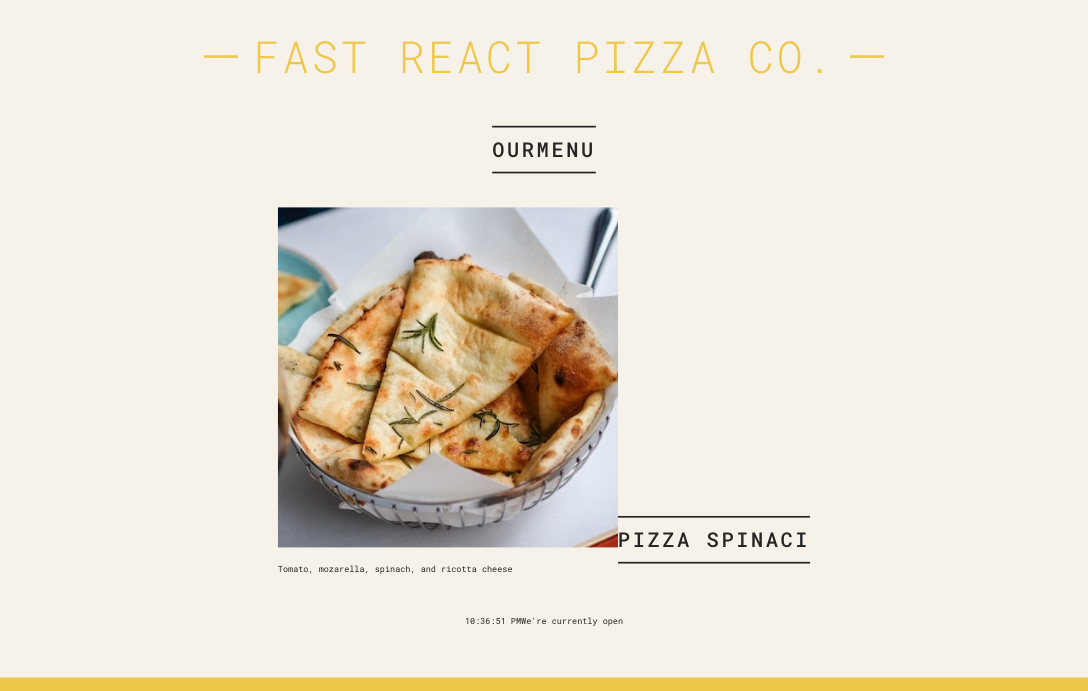
Repository: DhaWork/1-react-dasar-udemy-25
Page: /
An editor plug-in stored every save of this project. The page is shown before and after the next save, followed by the edit.
The browser window is 1280 px wide. The pictures show the whole page, at 85% of full size.
The project was rebuilt for these pictures with package versions that can differ from the ones it lists, and the page was loaded fresh each time.

Above is the page before, as saved 2025-04-02 11:51:37.

### src/index.js
import react from "react";
import ReactDOM from "react-dom/client";
import "./index.css";

const pizzaData = [
  {
    name: "Focaccia",
    ingredients: "Bread with italian olive oil and rosemary",
    price: 6,
    photoName: "pizzas/focaccia.jpg",
    soldOut: false,
  },
  {
    name: "Pizza Margherita",
    ingredients: "Tomato and mozarella",
    price: 10,
    photoName: "pizzas/margherita.jpg",
    soldOut: false,
  },
  {
    name: "Pizza Spinaci",
    ingredients: "Tomato, mozarella, spinach, and ricotta cheese",
    price: 12,
    photoName: "pizzas/spinaci.jpg",
    soldOut: false,
  },
  {
    name: "Pizza Funghi",
    ingredients: "Tomato, mozarella, mushrooms, and onion",
    price: 12,
    photoName: "pizzas/funghi.jpg",
    soldOut: false,
  },
  {
    name: "Pizza Salamino",
    ingredients: "Tomato, mozarella, and pepperoni",
    price: 15,
    photoName: "pizzas/salamino.jpg",
    soldOut: true,
  },
  {
    name: "Pizza Prosciutto",
    ingredients: "Tomato, mozarella, ham, aragula, and burrata cheese",
    price: 18,
    photoName: "pizzas/prosciutto.jpg",
    soldOut: false,
  },
];

function App() {
  return (
    <div className="container">
      <Header />
      <Menu />
      <Footer />
    </div>
  );
}

function Header() {
    // const style = {color:"red", fontSize:"48px", textTransfrom: "uppercase"};
    const style = {};

  return (
    <header className="header">
      <h1 style={style}>Fast React Pizza Co.</h1>
    </header>
  );
}

function Menu() {
    return (
        <main className="menu" >
            <h2> ourMenu</h2>
            <Pizza />
        </main>
    )

}

function Footer() {
    const hour = new Date().getHours();
    const openHour = 8;
    const closeHour = 22;
    const isOpen = hour >= openHour && hour <= closeHour;
    // console.log(isOpen);

    // if (hour>= openHour && hour <=closeHour) alert ("we're open!");
    //     else alert("we're closed")

    return (
        <footer> {new Date().toLocaleTimeString()}
            We're currently open
        </footer>
    )
}

function Pizza() {
  return (
    <div>
        <img src="pizzas/focaccia.jpg" alt="pizza spinaci" />
      <h2>Pizza Spinaci</h2>
      <p>
        Tomato, mozarella, spinach, and ricotta cheese
      </p>
    </div>
  );
}

const root = ReactDOM.createRoot(document.getElementById("root"));
root.render(<App />);

Loaded but not shown: public/index.html (common file); src/index.css (common file)

After the next save:
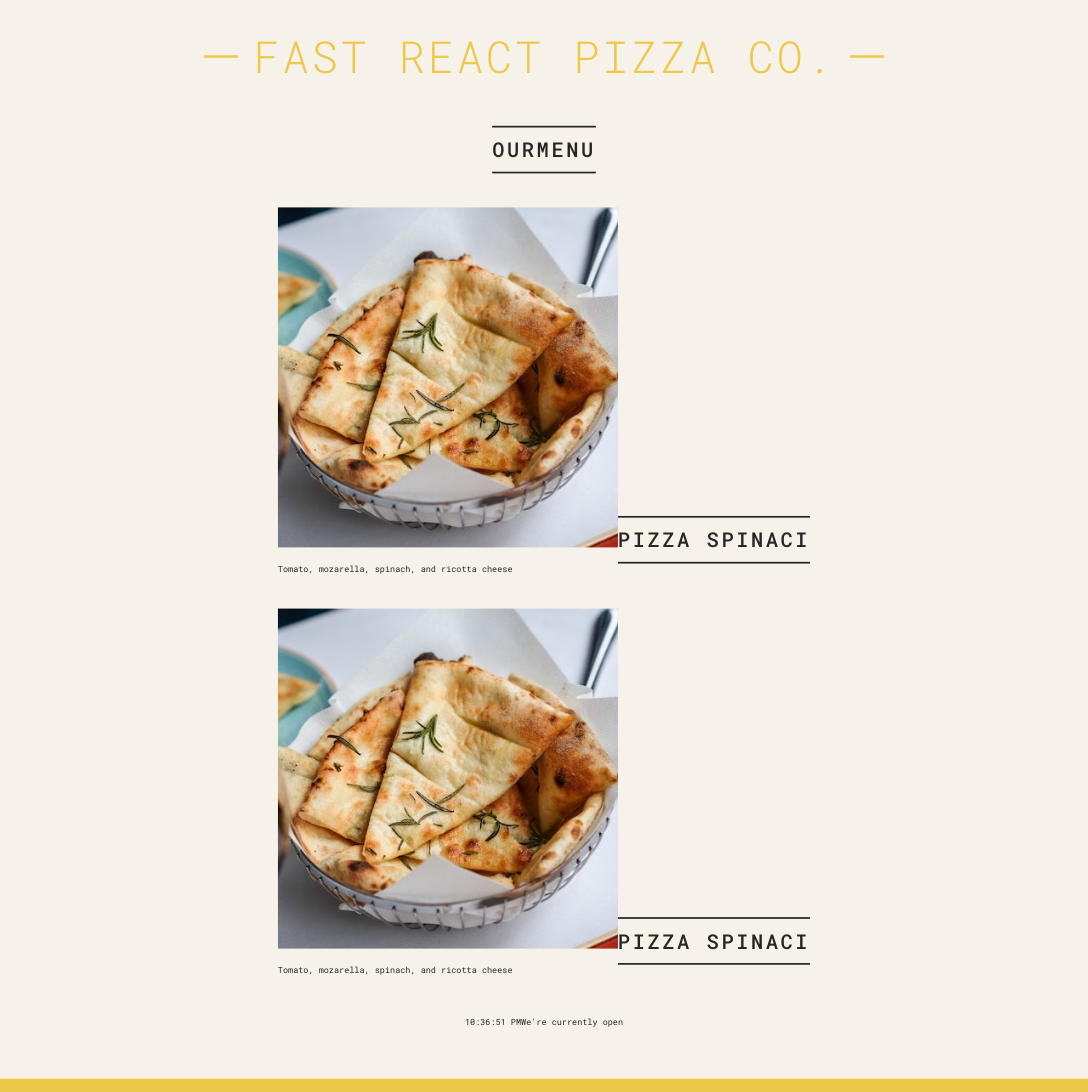
Saved 5 s later.
--- a/src/index.js
+++ b/src/index.js
@@ -73,6 +73,7 @@ function Menu() {
         <main className="menu" >
             <h2> ourMenu</h2>
             <Pizza />
+            <Pizza />
         </main>
     )
 
